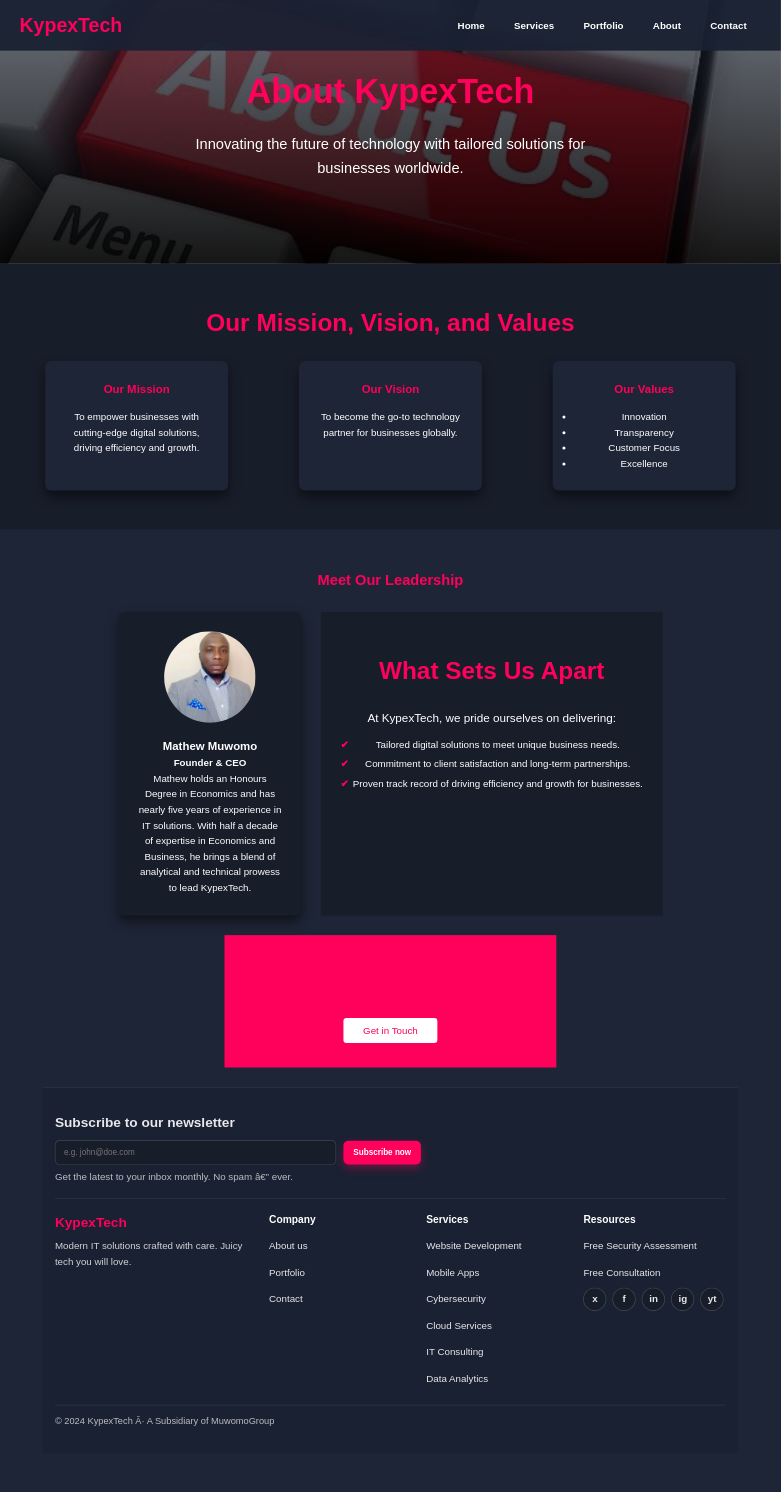
Repository: muwomotapiwa/KypexTechSolutions
Page: about.html
These files come from the project's save history. The page is drawn as it stood at one moment and after the next save; the edit follows.
The browser window is 1280 px wide. The pictures show the whole page, at 61% of full size.

Above is the page before, as saved 2025-09-03 22:57:43.

After the next save:
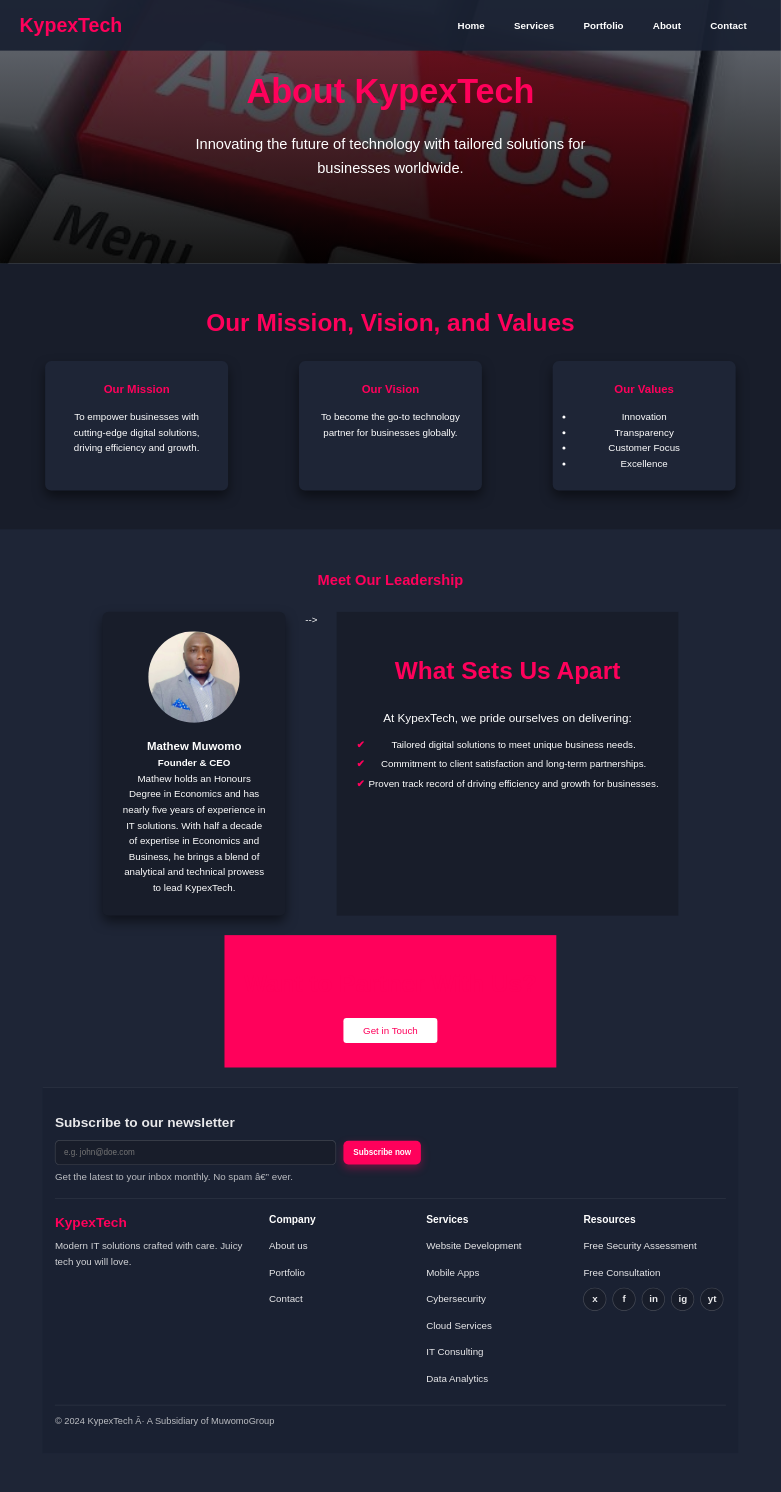
Saved 8 s later.
--- a/about.html
+++ b/about.html
@@ -77,7 +77,7 @@
                     Mathew holds an Honours Degree in Economics and has nearly five years of experience in IT solutions.
                     With half a decade of expertise in Economics and Business, he brings a blend of analytical and technical prowess to lead KypexTech.
                 </p>
-            </div>
+            </div>-->
             <!-- Director -->
             <!--<div class="team-member">
                 <img src="assets/bianca.jpeg" alt="Bianca Muwomo">
